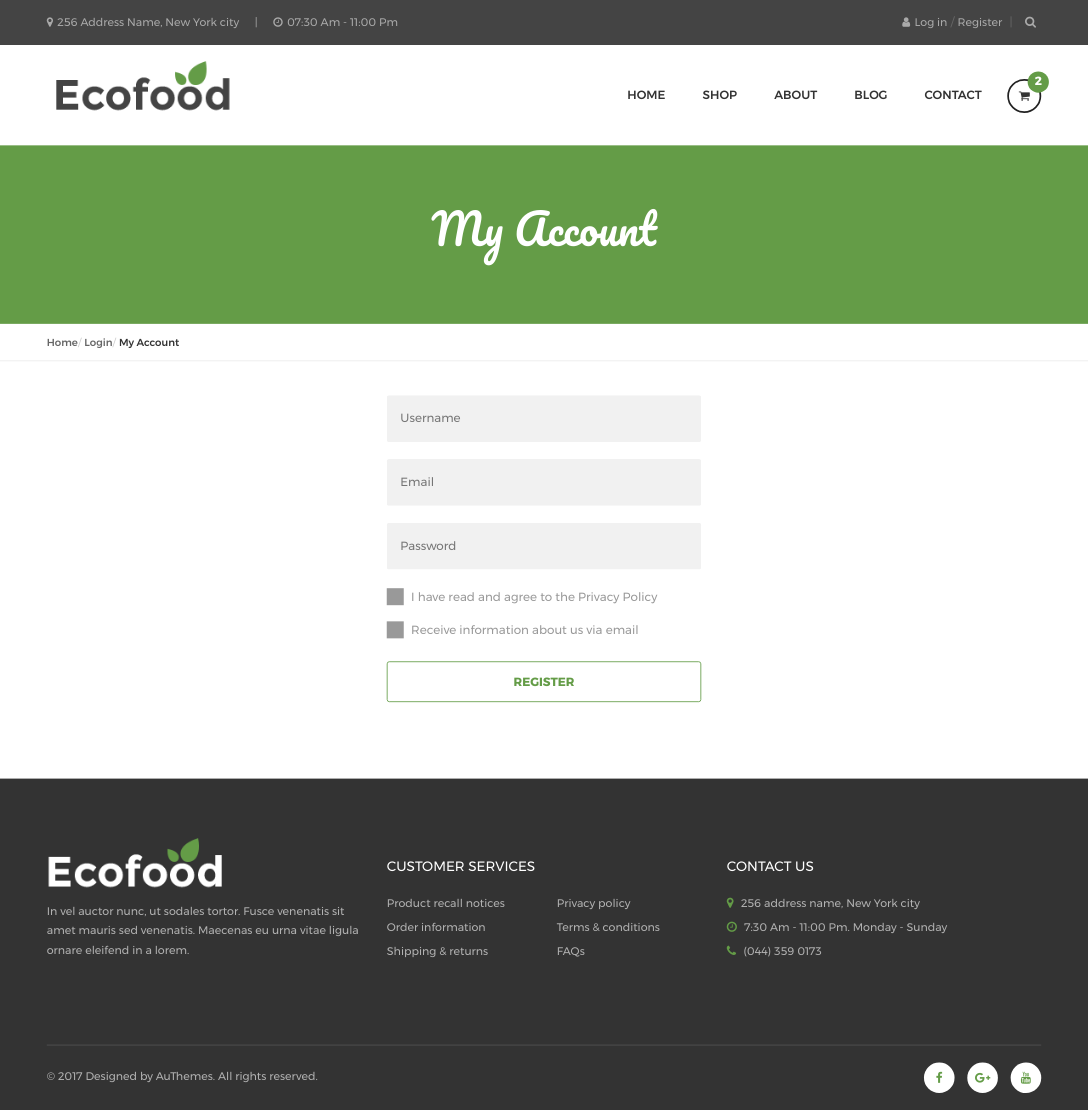
Repository: riteshyadav7878/ecofood
Page: http://localhost/register.php
These files come from the project's save history. The page is drawn as it stood at one moment and after the next save; the edit follows.
The browser window is 1280 px wide. The pictures show the whole page, at 85% of full size.
The page is run by PHP 8.4 with error messages shown; the project is at /var/www/html/. Other server files are loaded and not shown.

Above is the page before, as saved 2024-09-10 11:13:10.

### register.php
<!-- Backend -->
<?php
// Start session
session_start();

// Database connection
$conn = new mysqli('localhost', 'root', '', 'ecofood');

// Check connection
if ($conn->connect_error) {
    die("Connection failed: " . $conn->connect_error);
}

// Handling form submission
if ($_SERVER["REQUEST_METHOD"] == "POST") {
    // Get form data
    $username = $conn->real_escape_string(trim($_POST['username']));
    $email = $conn->real_escape_string(trim($_POST['email']));
    $password = $conn->real_escape_string(trim($_POST['password']));
    $receive_email_updates = isset($_POST['email-updates']) ? 1 : 0;

    // Password hashing for security
    $hashed_password = password_hash($password, PASSWORD_BCRYPT);

    // SQL query to insert data into the database
    $sql = "INSERT INTO user (username, email, password, receive_email_updates)
            VALUES ('$username', '$email', '$hashed_password', $receive_email_updates)";

    // Execute query
    if ($conn->query($sql) === TRUE) {
        // Redirect to login page after successful registration
        header("Location: login.php");
        exit();
    } else {
        echo "Error: " . $sql . "<br>" . $conn->error;
    }
}

// Close connection
$conn->close();
?>


<!DOCTYPE html>
<html class="no-js" lang="en">
<head>
    <meta charset="UTF-8">
    <title>Register - Ecofood HTML5 Templates</title>
    <meta name="description" content="Ecofood theme template">
    <meta name="author" content="AuCreative">
    <meta name="keywords" content="Ecofood theme template">
    <meta name="viewport" content="width=device-width, initial-scale=1">

    <link href="fonts/fonts.css" rel="stylesheet">
    <link href="vendor/font-awesome/css/font-awesome.min.css" rel="stylesheet">
    <link href="vendor/bootstrap/dist/css/bootstrap.min.css" rel="stylesheet">
    <link href="vendor/css-hamburgers/dist/hamburgers.min.css" rel="stylesheet">
    <link href="vendor/malihu-custom-scrollbar-plugin/jquery.mCustomScrollbar.css" rel="stylesheet">
    <link href="vendor/animate.css/animate.min.css" rel="stylesheet">
    <link href="css/main.css" rel="stylesheet">
    <link href="css/switcher.css" rel="stylesheet">
    <link href="css/colors/green.css" rel="stylesheet" id="colors">
    <link href="css/retina.css" rel="stylesheet">
    <link rel="shortcut icon" href="favicon.png">
    <link rel="apple-touch-icon" href="apple-touch-icon.png">
    <link rel="apple-touch-icon" sizes="72x72" href="apple-touch-icon-72x72.png">
    <link rel="apple-touch-icon" sizes="114x114" href="apple-touch-icon-114x114.png">
    <script src="js/modernizr-custom.js"></script>
</head>
<body>
    <div class="page-loader">
        <div class="loader"></div>
    </div>
    <div id="switcher">
        <!-- Switcher content here -->
    </div>
    <header>
        <!-- Header content here -->
    </header>
    <header>

<!--    Navbar -->



<div class="section dark-background">
<div class="container">
<div class="header-2">
<div class="header-left">
<p>
<i class="fa fa-map-marker"></i>256 Address Name, New York city
<span>|</span>
<i class="fa fa-clock-o"></i>07:30 Am - 11:00 Pm</p>
</div>
<div class="header-right">
<div class="header-login">
<a href="login.php">
<i class="fa fa-user"></i>Log in</a>
<span>/</span>
<a href="register.php">Register</a>

</div>
<span class="divider">|</span>
<div class="header-search">
<button class="fa fa-search"></button>
<div class="search-box">
<input type="text" placeholder="Search..." />
</div>
</div>
</div>
</div>
</div>
</div>

</header>

    <!-- Include Navbar -->
    <?php include 'Navbar.php'; ?>

    <section>
        <div class="section primary-color-background">
            <div class="container">
                <div class="p-t-70 p-b-85">
                    <div class="heading-page-1">
                        <h3>My Account</h3>
                    </div>
                </div>
            </div>
        </div>
        <div class="section border-bottom-grey">
            <div class="container">
                <div class="breadcrumb-1">
                    <ul>
                        <li><a href="index.php">Home</a></li>
                        <li><a href="login.php">Login</a></li>
                        <li><a href="register.php">My Account</a></li>
                    </ul>
                </div>
            </div>
        </div>
    </section>

    <div class="page-content p-t-40 p-b-90">
        <div class="container">
            <div class="row">
                <div class="col-md-4 col-md-push-4">
                    <div class="register-1">
                    <form class="theme-form" action="register.php" method="post">
                        <input class="theme-input-text" type="text" name="username" placeholder="Username" required />
                        <input class="theme-input-text" type="email" name="email" placeholder="Email" required />
                        <input class="theme-input-text" type="password" name="password" placeholder="Password" required />
                        <div class="theme-checkbox">
                            <div class="item theme-input-chk">
                                <input type="checkbox" id="privacy" required />
                                <label for="privacy"></label>
                                <span>I have read and agree to the Privacy Policy</span>
                            </div>
                            <div class="item theme-input-chk">
                                <input type="checkbox" id="email-updates" name="email-updates" />
                                <label for="email-updates"></label>
                                <span>Receive information about us via email</span>
                            </div>
                        </div>
                        <button class="au-btn au-btn-border au-btn-radius btn-block btn-submit" type="submit">REGISTER</button>
                    </form>

                    </div>
                </div>
            </div>
        </div>
    </div>



    <!-- Include Footer -->
    <?php include 'Footer.php'; ?>

    <div id="up-to-top">
        <i class="fa fa-angle-up"></i>
    </div>

    <script src="vendor/jquery/dist/jquery.min.js"></script>
    <script src="vendor/bootstrap/dist/js/bootstrap.min.js"></script>
    <script src="vendor/retinajs/dist/retina.min.js"></script>
    <script src="vendor/SmoothScroll/SmoothScroll.js"></script>
    <script src="js/switcher-custom.js"></script>
    <script src="js/owl-custom.js"></script>
    <script src="js/main.js"></script>
</body>
</html>

### css/retina.css
@media all and (-webkit-min-device-pixel-ratio:1.5){}

Loaded but not shown: css/main.css (library); css/colors/green.css (library); js/modernizr-custom.js (library); js/main.js (8 lines, source omitted); js/owl-custom.js (2 lines, source omitted); js/revo-slider-custom.js (2 lines, source omitted); js/switcher-custom.js (1 lines, source omitted); Navbar.php (178 lines, source omitted); css/switcher.css (1 lines, source omitted); fonts/fonts.css (1 lines, source omitted); Footer.php (92 lines, source omitted)

After the next save:
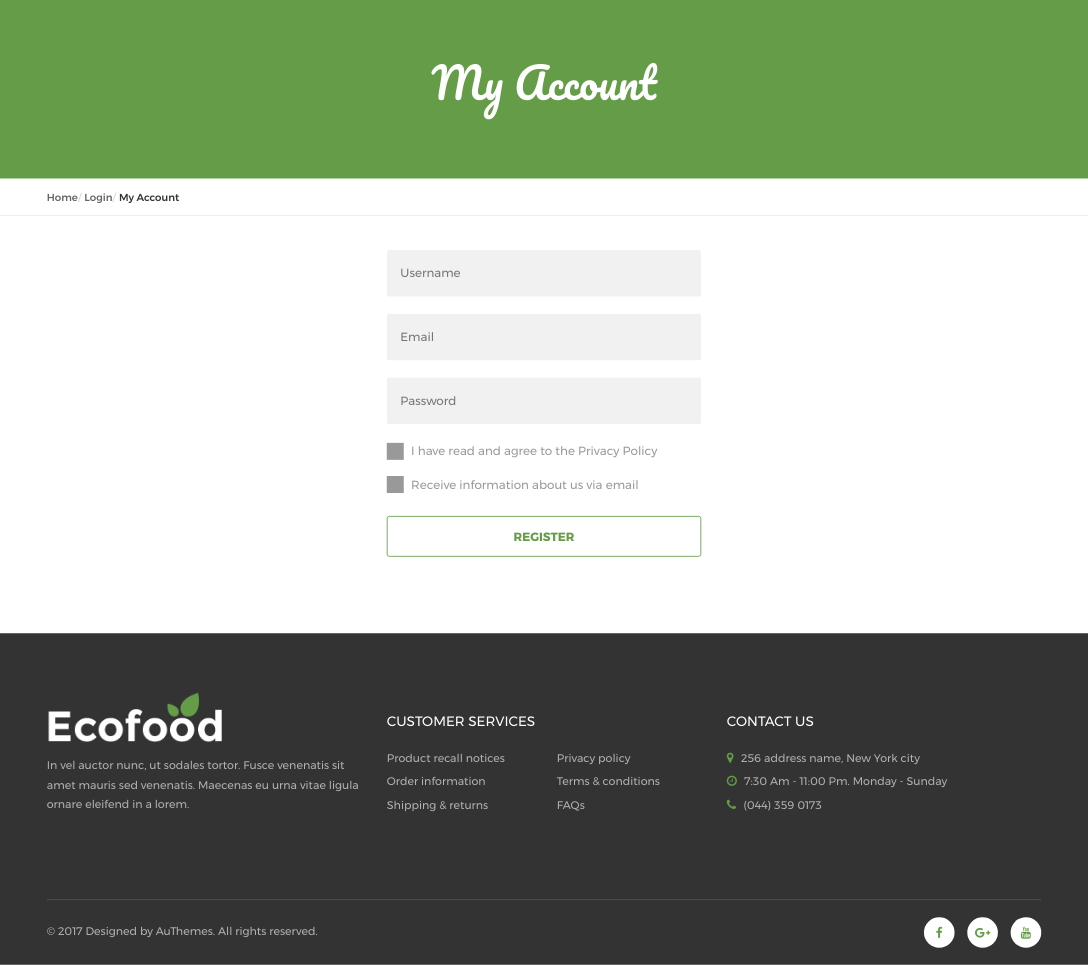
Saved 7 min 17 s later.
--- a/register.php
+++ b/register.php
@@ -1,4 +1,4 @@
-<!-- Backend -->
+<!-- Backend PHP (register.php) -->
 <?php
 // Start session
 session_start();
@@ -66,6 +66,11 @@
     <link rel="apple-touch-icon" sizes="72x72" href="apple-touch-icon-72x72.png">
     <link rel="apple-touch-icon" sizes="114x114" href="apple-touch-icon-114x114.png">
     <script src="js/modernizr-custom.js"></script>
+    <style>
+        .error {
+            border: 2px solid red !important; /* Add red border for invalid fields */
+        }
+    </style>
 </head>
 <body>
     <div class="page-loader">
@@ -77,42 +82,6 @@
     <header>
         <!-- Header content here -->
     </header>
-    <header>
-
-<!--    Navbar -->
-
-
-
-<div class="section dark-background">
-<div class="container">
-<div class="header-2">
-<div class="header-left">
-<p>
-<i class="fa fa-map-marker"></i>256 Address Name, New York city
-<span>|</span>
-<i class="fa fa-clock-o"></i>07:30 Am - 11:00 Pm</p>
-</div>
-<div class="header-right">
-<div class="header-login">
-<a href="login.php">
-<i class="fa fa-user"></i>Log in</a>
-<span>/</span>
-<a href="register.php">Register</a>
-
-</div>
-<span class="divider">|</span>
-<div class="header-search">
-<button class="fa fa-search"></button>
-<div class="search-box">
-<input type="text" placeholder="Search..." />
-</div>
-</div>
-</div>
-</div>
-</div>
-</div>
-
-</header>
 
     <!-- Include Navbar -->
     <?php include 'Navbar.php'; ?>
@@ -145,32 +114,29 @@
             <div class="row">
                 <div class="col-md-4 col-md-push-4">
                     <div class="register-1">
-                    <form class="theme-form" action="register.php" method="post">
-                        <input class="theme-input-text" type="text" name="username" placeholder="Username" required />
-                        <input class="theme-input-text" type="email" name="email" placeholder="Email" required />
-                        <input class="theme-input-text" type="password" name="password" placeholder="Password" required />
-                        <div class="theme-checkbox">
-                            <div class="item theme-input-chk">
-                                <input type="checkbox" id="privacy" required />
-                                <label for="privacy"></label>
-                                <span>I have read and agree to the Privacy Policy</span>
+                        <form class="theme-form" action="register.php" method="post" id="registerForm">
+                            <input class="theme-input-text" type="text" id="username" name="username" placeholder="Username" required />
+                            <input class="theme-input-text" type="email" id="email" name="email" placeholder="Email" required />
+                            <input class="theme-input-text" type="password" id="password" name="password" placeholder="Password" required />
+                            <div class="theme-checkbox">
+                                <div class="item theme-input-chk">
+                                    <input type="checkbox" id="privacy" required />
+                                    <label for="privacy"></label>
+                                    <span>I have read and agree to the Privacy Policy</span>
+                                </div>
+                                <div class="item theme-input-chk">
+                                    <input type="checkbox" id="email-updates" name="email-updates" />
+                                    <label for="email-updates"></label>
+                                    <span>Receive information about us via email</span>
+                                </div>
                             </div>
-                            <div class="item theme-input-chk">
-                                <input type="checkbox" id="email-updates" name="email-updates" />
-                                <label for="email-updates"></label>
-                                <span>Receive information about us via email</span>
-                            </div>
-                        </div>
-                        <button class="au-btn au-btn-border au-btn-radius btn-block btn-submit" type="submit">REGISTER</button>
-                    </form>
-
+                            <button class="au-btn au-btn-border au-btn-radius btn-block btn-submit" type="submit">REGISTER</button>
+                        </form>
                     </div>
                 </div>
             </div>
         </div>
     </div>
-
-
 
     <!-- Include Footer -->
     <?php include 'Footer.php'; ?>
@@ -186,5 +152,34 @@
     <script src="js/switcher-custom.js"></script>
     <script src="js/owl-custom.js"></script>
     <script src="js/main.js"></script>
+    <script>
+        document.getElementById('registerForm').addEventListener('submit', function(event) {
+            let isValid = true;
+            const inputs = this.querySelectorAll('input[required], textarea[required]');
+
+            inputs.forEach(input => {
+                if (!input.value.trim()) {
+                    input.classList.add('error'); // Add red border for empty fields
+                    isValid = false;
+                } else {
+                    input.classList.remove('error'); // Remove red border if field is valid
+                }
+            });
+
+            if (!isValid) {
+                event.preventDefault(); // Prevent form submission if there are errors
+            }
+        });
+
+        document.querySelectorAll('input[required], textarea[required]').forEach(input => {
+            input.addEventListener('input', function() {
+                if (this.value.trim()) {
+                    this.classList.remove('error'); // Remove red border when user starts typing
+                } else {
+                    this.classList.add('error'); // Add red border back if input is still empty
+                }
+            });
+        });
+    </script>
 </body>
 </html>

After the save that followed:
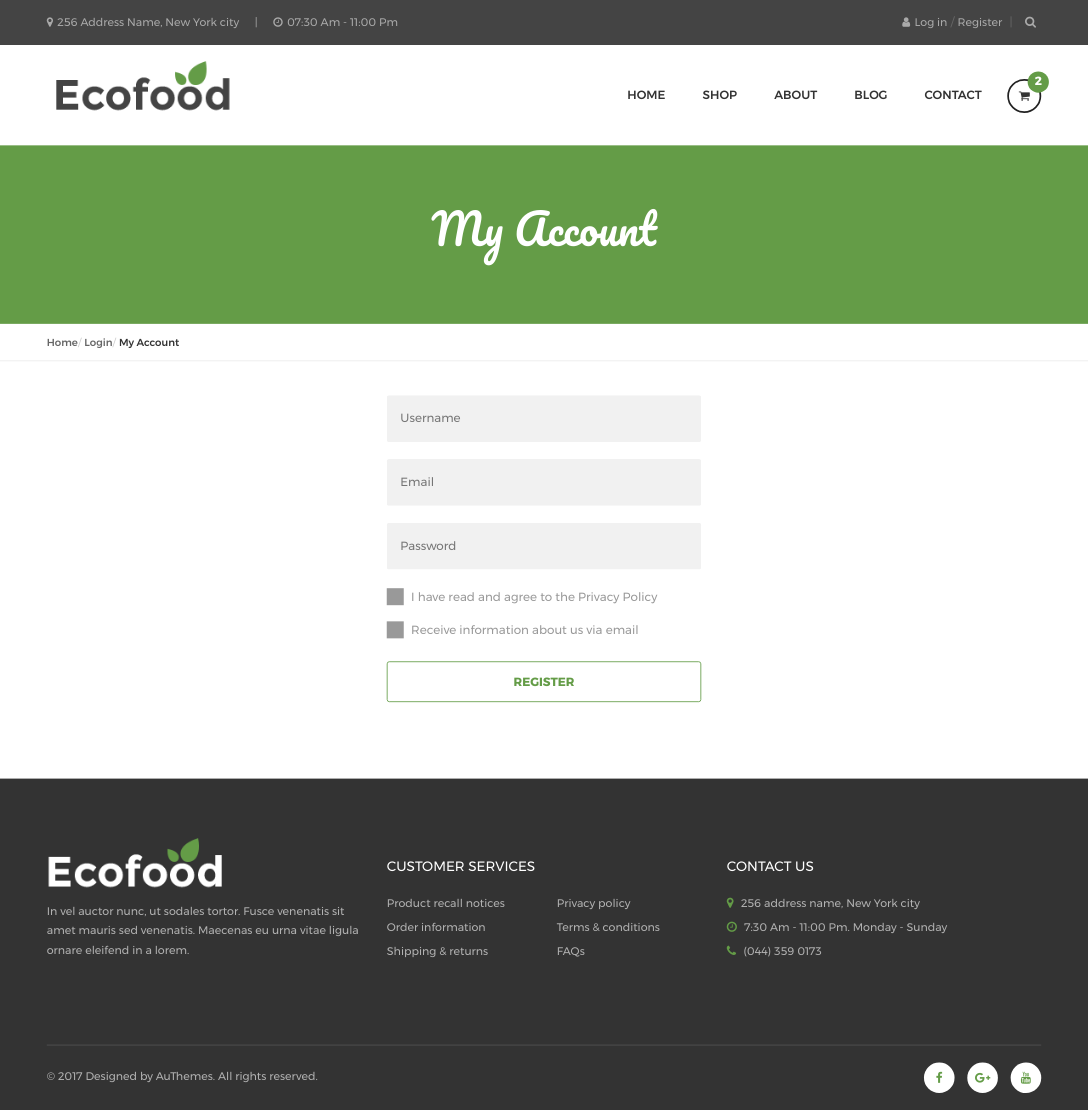
Saved 29 s later.
--- a/register.php
+++ b/register.php
@@ -1,4 +1,4 @@
-<!-- Backend PHP (register.php) -->
+<!-- Backend -->
 <?php
 // Start session
 session_start();
@@ -66,11 +66,6 @@
     <link rel="apple-touch-icon" sizes="72x72" href="apple-touch-icon-72x72.png">
     <link rel="apple-touch-icon" sizes="114x114" href="apple-touch-icon-114x114.png">
     <script src="js/modernizr-custom.js"></script>
-    <style>
-        .error {
-            border: 2px solid red !important; /* Add red border for invalid fields */
-        }
-    </style>
 </head>
 <body>
     <div class="page-loader">
@@ -82,6 +77,42 @@
     <header>
         <!-- Header content here -->
     </header>
+    <header>
+
+<!--    Navbar -->
+
+
+
+<div class="section dark-background">
+<div class="container">
+<div class="header-2">
+<div class="header-left">
+<p>
+<i class="fa fa-map-marker"></i>256 Address Name, New York city
+<span>|</span>
+<i class="fa fa-clock-o"></i>07:30 Am - 11:00 Pm</p>
+</div>
+<div class="header-right">
+<div class="header-login">
+<a href="login.php">
+<i class="fa fa-user"></i>Log in</a>
+<span>/</span>
+<a href="register.php">Register</a>
+
+</div>
+<span class="divider">|</span>
+<div class="header-search">
+<button class="fa fa-search"></button>
+<div class="search-box">
+<input type="text" placeholder="Search..." />
+</div>
+</div>
+</div>
+</div>
+</div>
+</div>
+
+</header>
 
     <!-- Include Navbar -->
     <?php include 'Navbar.php'; ?>
@@ -114,29 +145,32 @@
             <div class="row">
                 <div class="col-md-4 col-md-push-4">
                     <div class="register-1">
-                        <form class="theme-form" action="register.php" method="post" id="registerForm">
-                            <input class="theme-input-text" type="text" id="username" name="username" placeholder="Username" required />
-                            <input class="theme-input-text" type="email" id="email" name="email" placeholder="Email" required />
-                            <input class="theme-input-text" type="password" id="password" name="password" placeholder="Password" required />
-                            <div class="theme-checkbox">
-                                <div class="item theme-input-chk">
-                                    <input type="checkbox" id="privacy" required />
-                                    <label for="privacy"></label>
-                                    <span>I have read and agree to the Privacy Policy</span>
-                                </div>
-                                <div class="item theme-input-chk">
-                                    <input type="checkbox" id="email-updates" name="email-updates" />
-                                    <label for="email-updates"></label>
-                                    <span>Receive information about us via email</span>
-                                </div>
+                    <form class="theme-form" action="register.php" method="post">
+                        <input class="theme-input-text" type="text" name="username" placeholder="Username" required />
+                        <input class="theme-input-text" type="email" name="email" placeholder="Email" required />
+                        <input class="theme-input-text" type="password" name="password" placeholder="Password" required />
+                        <div class="theme-checkbox">
+                            <div class="item theme-input-chk">
+                                <input type="checkbox" id="privacy" required />
+                                <label for="privacy"></label>
+                                <span>I have read and agree to the Privacy Policy</span>
                             </div>
-                            <button class="au-btn au-btn-border au-btn-radius btn-block btn-submit" type="submit">REGISTER</button>
-                        </form>
+                            <div class="item theme-input-chk">
+                                <input type="checkbox" id="email-updates" name="email-updates" />
+                                <label for="email-updates"></label>
+                                <span>Receive information about us via email</span>
+                            </div>
+                        </div>
+                        <button class="au-btn au-btn-border au-btn-radius btn-block btn-submit" type="submit">REGISTER</button>
+                    </form>
+
                     </div>
                 </div>
             </div>
         </div>
     </div>
+
+
 
     <!-- Include Footer -->
     <?php include 'Footer.php'; ?>
@@ -152,34 +186,5 @@
     <script src="js/switcher-custom.js"></script>
     <script src="js/owl-custom.js"></script>
     <script src="js/main.js"></script>
-    <script>
-        document.getElementById('registerForm').addEventListener('submit', function(event) {
-            let isValid = true;
-            const inputs = this.querySelectorAll('input[required], textarea[required]');
-
-            inputs.forEach(input => {
-                if (!input.value.trim()) {
-                    input.classList.add('error'); // Add red border for empty fields
-                    isValid = false;
-                } else {
-                    input.classList.remove('error'); // Remove red border if field is valid
-                }
-            });
-
-            if (!isValid) {
-                event.preventDefault(); // Prevent form submission if there are errors
-            }
-        });
-
-        document.querySelectorAll('input[required], textarea[required]').forEach(input => {
-            input.addEventListener('input', function() {
-                if (this.value.trim()) {
-                    this.classList.remove('error'); // Remove red border when user starts typing
-                } else {
-                    this.classList.add('error'); // Add red border back if input is still empty
-                }
-            });
-        });
-    </script>
 </body>
 </html>
